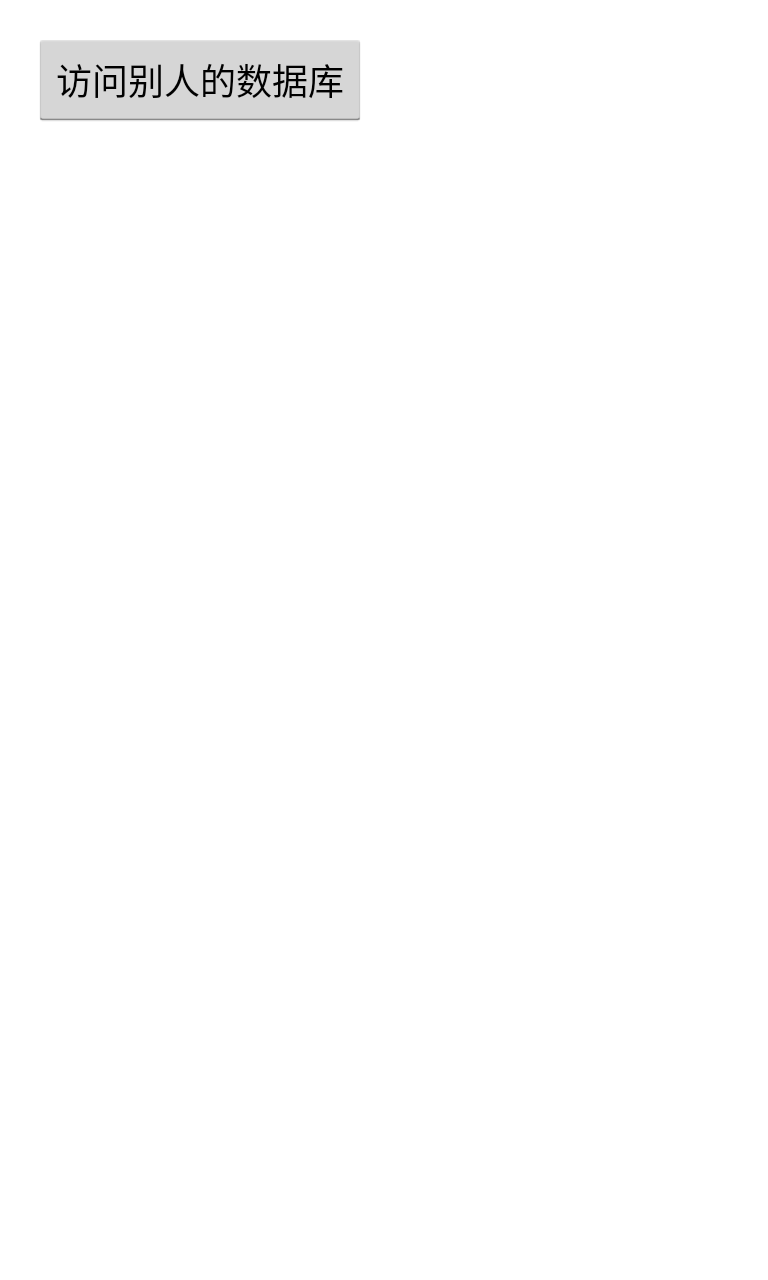
Repository: nickof/study
Layout: Android/itheima/day13_ContentProvider内容提供者/代码/Day13_02_访问其他应用的数据库/res/layout/activity_main.xml
An editor plug-in stored every save of this project. The layout is shown before and after the next save, followed by the edit.
It is drawn on a 768 x 1280 px phone screen (xhdpi) without system bars, with theme AppTheme; the app's code is not run.

Above is the layout before, as saved 2016-09-21 02:49:55.

After the next save:
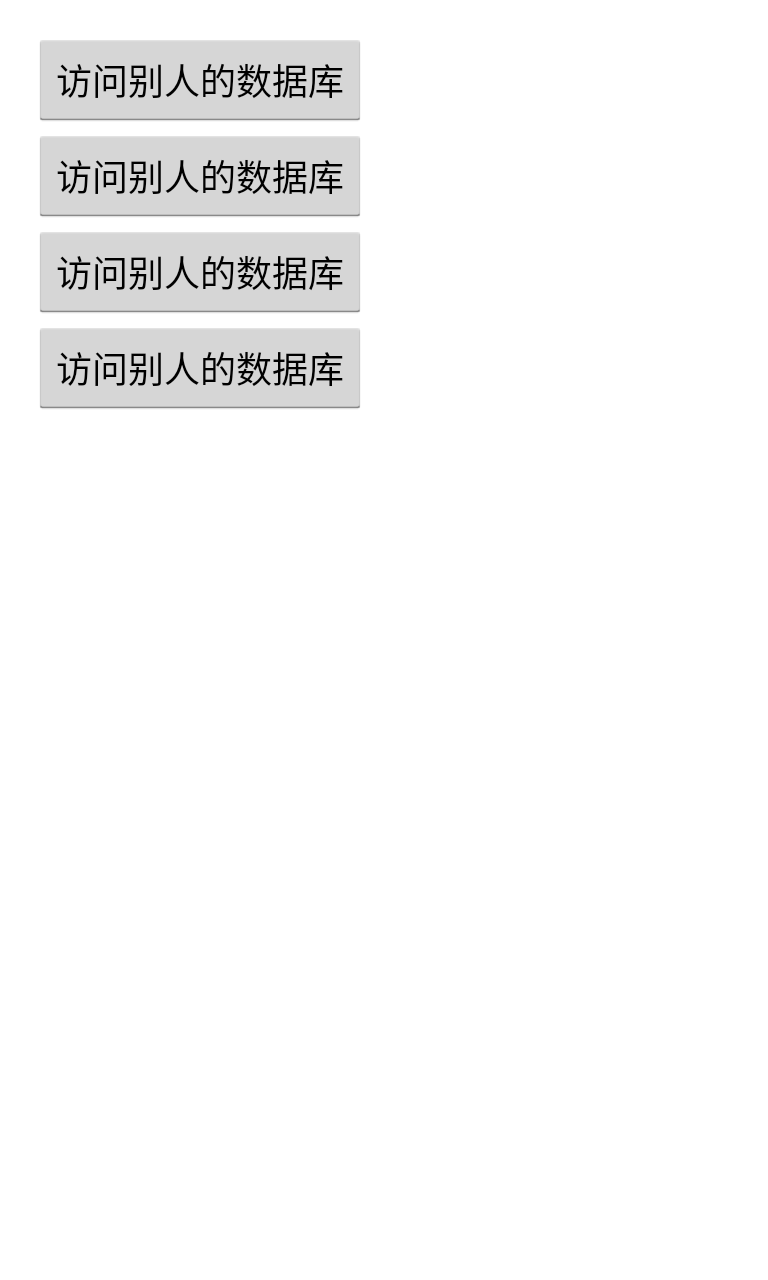
Saved 8 min 17 s later.
--- a/Android/itheima/day13_ContentProvider内容提供者/代码/Day13_02_访问其他应用的数据库/res/layout/activity_main.xml
+++ b/Android/itheima/day13_ContentProvider内容提供者/代码/Day13_02_访问其他应用的数据库/res/layout/activity_main.xml
@@ -1,4 +1,4 @@
-<RelativeLayout xmlns:android="http://schemas.android.com/apk/res/android"
+<LinearLayout xmlns:android="http://schemas.android.com/apk/res/android"
     xmlns:tools="http://schemas.android.com/tools"
     android:layout_width="match_parent"
     android:layout_height="match_parent"
@@ -6,6 +6,7 @@
     android:paddingLeft="@dimen/activity_horizontal_margin"
     android:paddingRight="@dimen/activity_horizontal_margin"
     android:paddingTop="@dimen/activity_vertical_margin"
+    android:orientation="vertical"
     tools:context=".MainActivity" >
 
     <Button
@@ -14,4 +15,22 @@
         android:onClick="query"
         android:text="访问别人的数据库" />
 
-</RelativeLayout>
+    <Button
+        android:layout_width="wrap_content"
+        android:layout_height="wrap_content"
+        android:onClick="query"
+        android:text="访问别人的数据库" />
+
+    <Button
+        android:layout_width="wrap_content"
+        android:layout_height="wrap_content"
+        android:onClick="query"
+        android:text="访问别人的数据库" />
+
+    <Button
+        android:layout_width="wrap_content"
+        android:layout_height="wrap_content"
+        android:onClick="query"
+        android:text="访问别人的数据库" />
+
+</LinearLayout>
